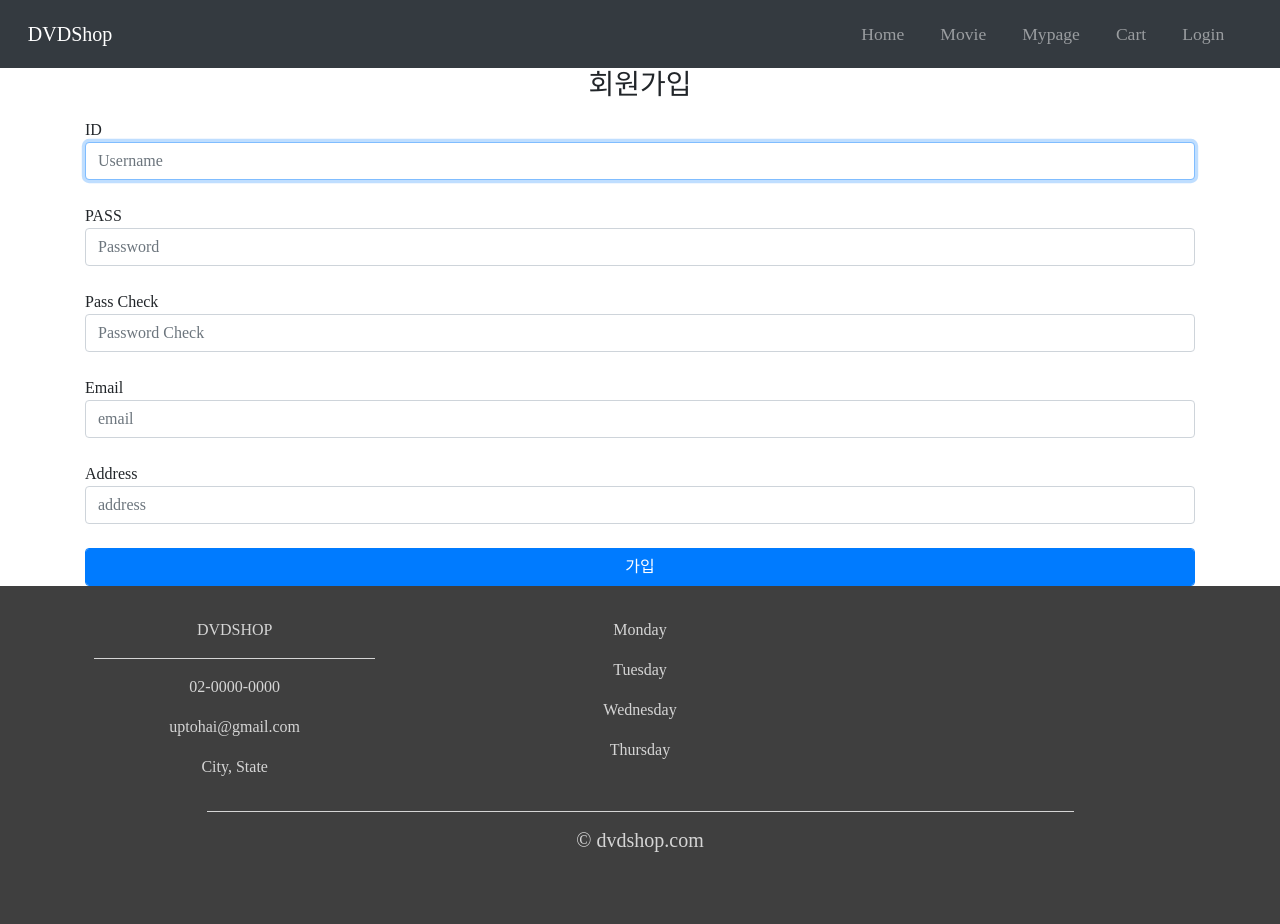
Repository: afterup/dvdshop
Page: http://localhost/shop_project/view/user/join.jsp
An editor plug-in stored every save of this project. The page is shown before and after the next save, followed by the edit.
The browser window is 1280 px wide. The pictures show the whole page.
The page is served by Tomcat 9. Other server files are loaded and not shown.

Above is the page before, as saved 2019-08-14 07:00:38.

### shop_project/WebContent/view/user/join.jsp
<%@ page language="java" contentType="text/html; charset=UTF-8"
    pageEncoding="UTF-8"%>
<!DOCTYPE html>
<html lang="en">

<head>
    <meta charset="UTF-8">
    <meta name="viewport" content="width=device-width, initial-scale=1.0">
    <meta http-equiv="X-UA-Compatible" content="ie=edge">
    <title>Document</title>
    <!-- 부트스트랩 css-->
    <link rel="stylesheet" href="https://stackpath.bootstrapcdn.com/bootstrap/4.3.1/css/bootstrap.min.css"
        integrity="sha384-ggOyR0iXCbMQv3Xipma34MD+dH/1fQ784/j6cY/iJTQUOhcWr7x9JvoRxT2MZw1T" crossorigin="anonymous">
    <!-- 사용자 css-->
    <link rel="stylesheet" href="css/style.css">
	<script type="text/javascript" src="./js/validCheck.js" ></script>
</head>


<body>
    <!-- Navigation -->
	<%@ include file="/view/common/header.jsp" %>

    <!-- main-->

    <div class="container">
        <div class="">
            <div class="panel panel-successs">
                <div class="panel-heading">
                    <h3 class="mb-3 text-center">회원가입</h3>
                </div>
                <div class="panel-body">
                    <form name="frm" action="movie?action=joinAction" method="POST">
                        ID <br>
                        <input type="text" class="form-control mb-4" name="id" placeholder="Username" autofocus>
                        PASS <br>
                        <input type="password" class="form-control mb-4" name="pass" placeholder="Password">
                        Pass Check<br>
                        <input type="password" class="form-control mb-4" name="passCK" placeholder="Password Check">
                        Email <br>
                        <input type="text" class="form-control mb-4" name="email" placeholder="email">
                        Address <br>
                        <input type="text" class="form-control mb-4" name="address" placeholder="address">
                        <button type="button" class="form-control btn btn-primary" onclick="validateCheck()">가입</button>
                    </form>
                </div>
            </div>
        </div>
    </div>



    <!-- Footer -->
	<%@ include file="/view/common/footer.jsp" %>


    <!-- 부트스트랩 -->
    <script src="https://code.jquery.com/jquery-3.3.1.slim.min.js"
        integrity="sha384-q8i/X+965DzO0rT7abK41JStQIAqVgRVzpbzo5smXKp4YfRvH+8abtTE1Pi6jizo" crossorigin="anonymous">
    </script>
    <script src="https://cdnjs.cloudflare.com/ajax/libs/popper.js/1.14.7/umd/popper.min.js"
        integrity="sha384-UO2eT0CpHqdSJQ6hJty5KVphtPhzWj9WO1clHTMGa3JDZwrnQq4sF86dIHNDz0W1" crossorigin="anonymous">
    </script>
    <script src="https://stackpath.bootstrapcdn.com/bootstrap/4.3.1/js/bootstrap.min.js"
        integrity="sha384-JjSmVgyd0p3pXB1rRibZUAYoIIy6OrQ6VrjIEaFf/nJGzIxFDsf4x0xIM+B07jRM" crossorigin="anonymous">
    </script>
</body>


</html>

### shop_project/WebContent/view/common/header.jsp
<%@ page language="java" contentType="text/html; charset=UTF-8"
    pageEncoding="UTF-8"%>
<!DOCTYPE html>
<html>
<head>
<meta charset="UTF-8">
<title>Insert title here</title>
</head>
<body>

	<!-- Navigation -->
    <nav class="navbar navbar-expand-md navbar-dark bg-dark sticky-top">
        <div class="container-fluid">
            <a href="movie" class="navbar-brand">DVDShop</a>
            <button class="navbar-toggler" type="button" data-toggle="collapse" data-target="#navbarResponsive">
                <span class="navbar-toggler-icon"></span>
            </button>
            <div class="collapse navbar-collapse" id="navbarResponsive">
                <ul class="navbar-nav ml-auto">
                    <li class="nav-item"><a class="nav-link" href="movie">Home</a></li>
                    <li class="nav-item"><a class="nav-link" href="movie?action=moviePage">Movie</a></li>
                    <li class="nav-item"><a class="nav-link" href="movie?action=mypage">Mypage</a></li>
                    <li class="nav-item"><a class="nav-link" href="movie?action=cart">Cart</a></li>

                   <%
                   	String id = (String)request.getSession().getAttribute("id");
                   	System.out.print("id="+id);
                   	if(id == null){
                   %>
                    <li class="nav-item"><a href="movie?action=login" class="nav-link">Login</a></li>
               	   <%
                   	}else{
               	   %>
                    <li class="nav-item"><a href="movie?action=logout" class="nav-link">Logout</a></li>
               	   <%
                   	}
               	   %>
                </ul>
            </div>
        </div>
    </nav>

</body>
</html>

### shop_project/WebContent/view/common/footer.jsp
<%@ page language="java" contentType="text/html; charset=UTF-8"
    pageEncoding="UTF-8"%>
<!DOCTYPE html>
<html>
<head>
<meta charset="UTF-8">
<title>Insert title here</title>
</head>
<body>
    <footer>
        <div class="container-fluid padding">
            <div class="row text-center">
                <div class="col-md-4">
                    DVDSHOP
                    <hr class="light">
                    <p>02-0000-0000</p>
                    <p>uptohai@gmail.com</p>
                    <p>City, State</p>
                </div>
                <div class="col-md-4">
                    <p>Monday</p>
                    <p>Tuesday</p>
                    <p>Wednesday</p>
                    <p>Thursday</p>
                </div>
            </div>
            <div class="col-12">
                <hr class="light">
                <h5 class="text-center">&copy; dvdshop.com</h5>
            </div>
        </div>
    </footer>

</body>
</html>

### shop_project/WebContent/css/style.css
html,
body {
    height: 100%;
    width: 100%;
    font-family: "sans-serif";
}

img {
    width: 100%;
}

#adminPage {
    background-color: rgb(250, 249, 242);
}

.navbar {
    padding: .8rem;
}

.navbar-nav li {
    padding-right: 20px;
}

.nav-link {
    font-size: 1.1em !important;
}

.carousel-inner img {
    width: 100%;
    height: 100%;
}

.btn-info {
    background-color: rgb(57, 55, 66);
    color: rgb(240, 240, 240);
    border-color: rgb(57, 55, 66);
}

.jumbotron {
    padding: 1rem;
}

.padding {
    padding-bottom: 2rem;
}

footer {
    background-color: #3f3f3f;
    color: #d5d5d5;
    padding: 2rem;
}

hr.light {
    border-top: 1px solid #d5d5d5;
    width: 75%;
}

### shop_project/WebContent/js/validCheck.js

function validateCheck(){
    	 var f = document.frm;//f== 폼 엘리먼트 객체

    	//정규식 정의
    	var idExp = /^[a-zA-Z0-9]{5,20}$/;
    	var emailExp = /^[a-zA-Z0-9]+@[a-zA-Z]+\.[a-zA-Z]+$/;
    	var telExp =/^[0-9]{7,13}$/
    	var passExp =/^[0-9]{5,20}$/


    	if(f.id.value==""){
        		alert('아이디를 입력해주세요.');
        		f.id.focus();
        		return;
    	}else if(!idExp.test(f.id.value)){
    		alert('아이디 5-20자리를 입력해주세요.');
    		f.id.focus();
    		return;
    	}else if(f.pass.value==""){
    		alert('비밀번호를 입력해주세요.');
    		f.pass.focus();
    		return;
    	}else if(!passExp.test(f.pass.value)){
    		alert('비밀번호는 숫자 5자리 숫자로 기입해주세요.');
    		console.log(f.contents.value);
    		f.pass.focus();
    		return;
    	}else if(f.email.value==""){
    		alert('이메일을 입력해주세요.');
    		f.writer.focus();
    		return;
    	}else if(!emailExp.test(f.email.value)){
    		 alert('유효하지 않는 이메일 형식입니다')
    		 f.email.value=''
    		 f.email.focus()
    		 return;

		}else if(f.address.value == ""){
			alert('주소를 입력해주세요.');
			f.address.focus();
			return;
    	}else{
    		alert('가입을 환영합니다.');
    		f.submit();
    	}
      }//validateCheck()

After the next save:
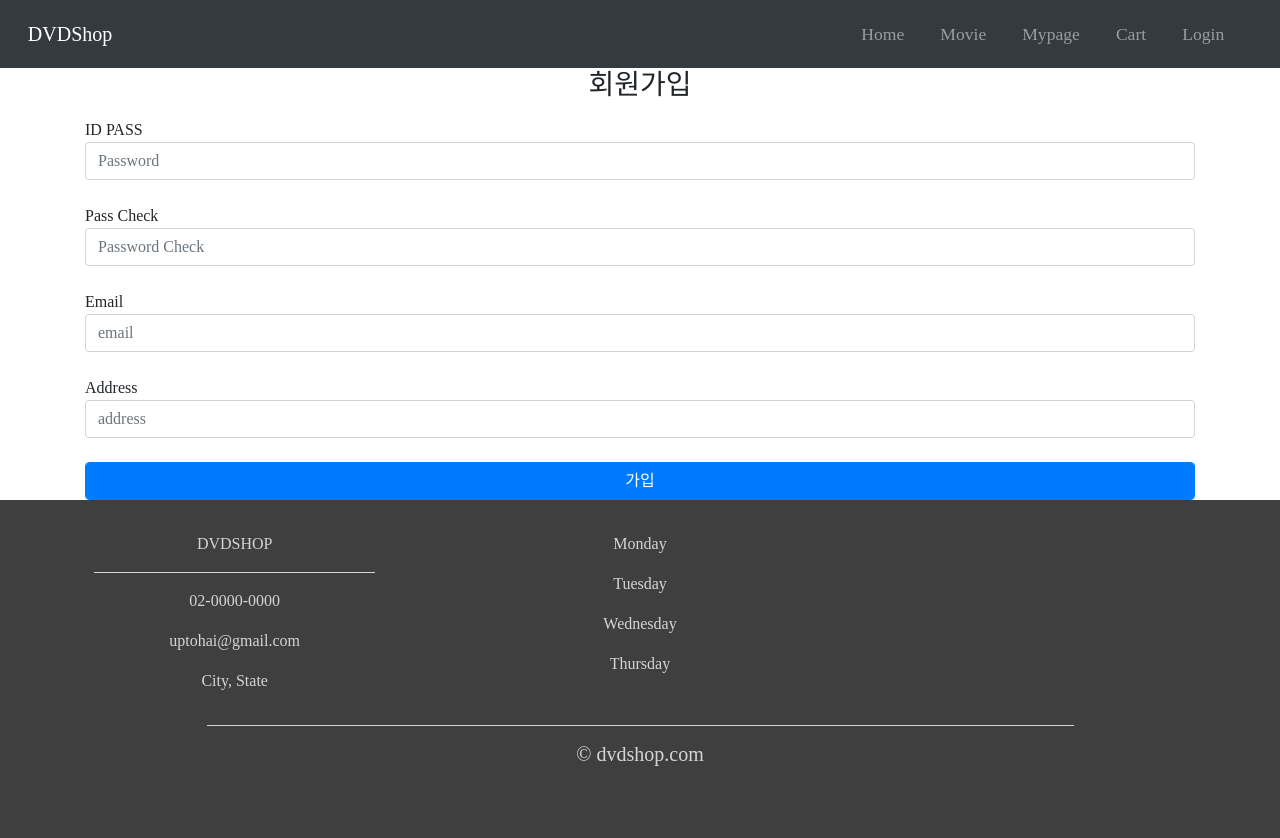
Saved 55 s later.
--- a/shop_project/WebContent/view/user/join.jsp
+++ b/shop_project/WebContent/view/user/join.jsp
@@ -31,7 +31,7 @@
                 </div>
                 <div class="panel-body">
                     <form name="frm" action="movie?action=joinAction" method="POST">
-                        ID <br>
+                        ID <span class="text-muted></span><br>
                         <input type="text" class="form-control mb-4" name="id" placeholder="Username" autofocus>
                         PASS <br>
                         <input type="password" class="form-control mb-4" name="pass" placeholder="Password">

After the 3 saves that followed:
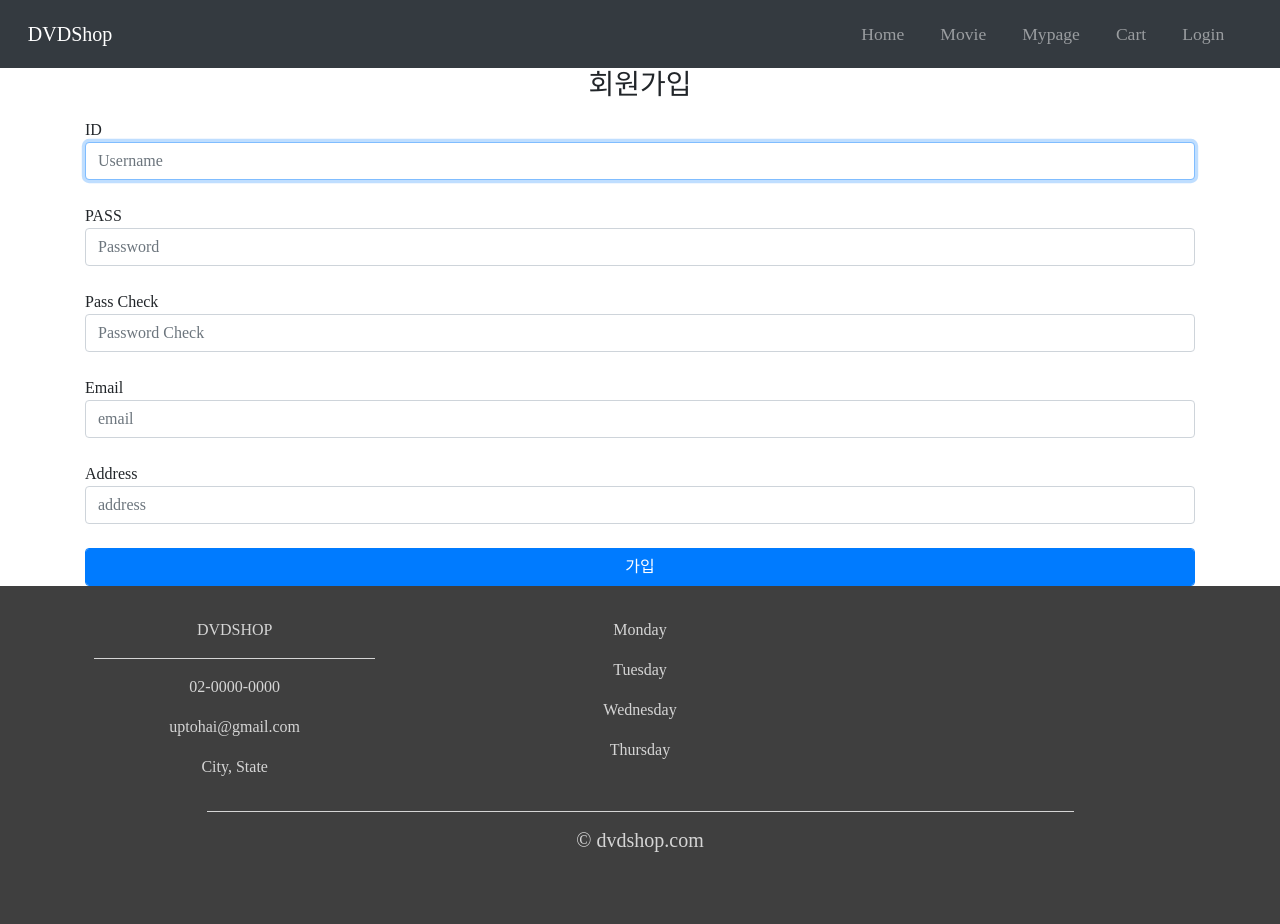
The 3 saves are shown as one change because 1 left the picture as it was and some came seconds apart.
The last was saved 21 s later.
--- a/shop_project/WebContent/view/user/join.jsp
+++ b/shop_project/WebContent/view/user/join.jsp
@@ -31,7 +31,7 @@
                 </div>
                 <div class="panel-body">
                     <form name="frm" action="movie?action=joinAction" method="POST">
-                        ID <span class="text-muted></span><br>
+                        ID <span class="text-muted"></span><br>
                         <input type="text" class="form-control mb-4" name="id" placeholder="Username" autofocus>
                         PASS <br>
                         <input type="password" class="form-control mb-4" name="pass" placeholder="Password">
